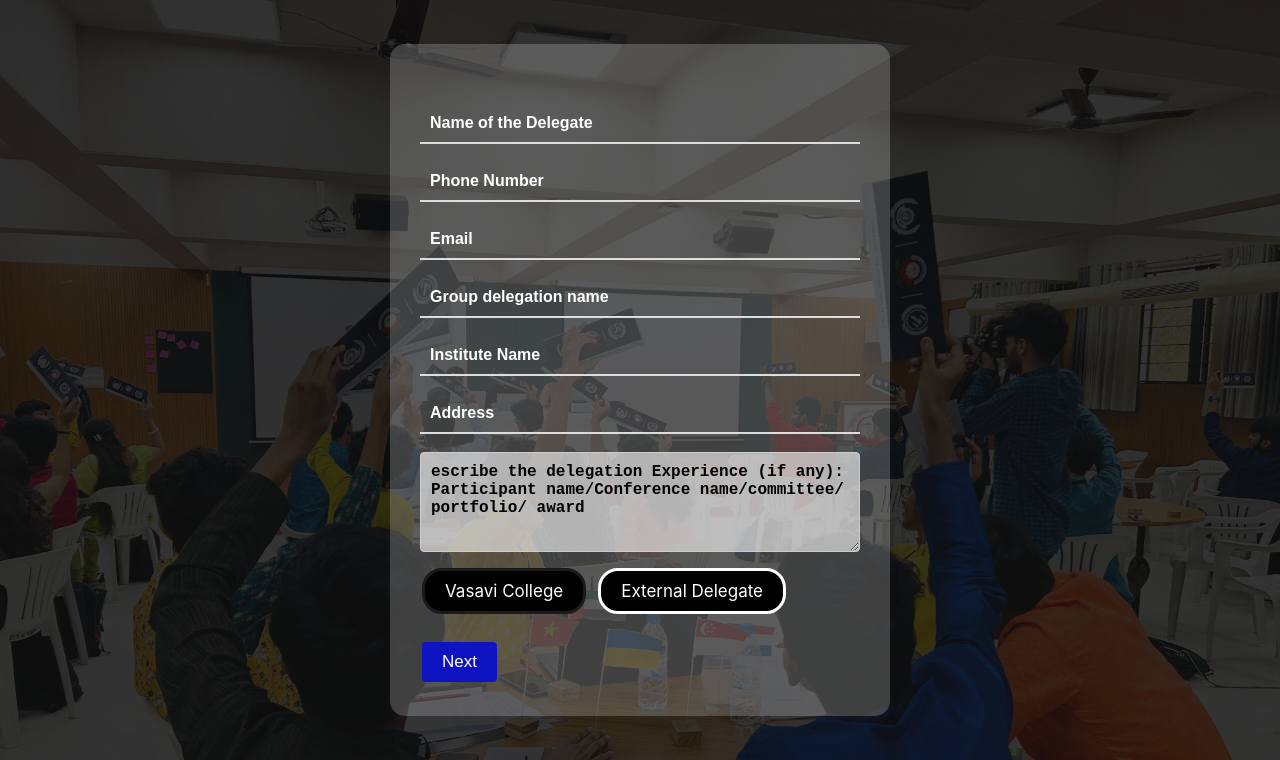
Repository: viveak910/VasaviMUN-Group
Page: /
The author's editor kept a copy of each file at every save. The page is drawn from the files as they stood at one save, then again after the next save.
The browser window is 1280 px wide. The pictures show the whole page.
The project was rebuilt for these pictures with package versions that can differ from the ones it lists, and the page was loaded fresh each time. Also part of the build but not shown: src/forms/PreferencesStep.js, src/forms/PaymentStep.js.

Above is the page before, as saved 2025-09-03 20:28:22.

### src/App.js
import React from "react";
import "./App.css";
import CustomVerticalStepper from "./forms/CustomVerticalStepper";

function App() {
  return (
    <div className="App">
      {/* <h1 id="head">Registration</h1> */}
      <CustomVerticalStepper></CustomVerticalStepper>
    </div>
  );
}

export default App;

### src/App.css
.App {
  background-color: black;
}
#head {
  text-align: center;
  position: relative;
  margin-top: 0px;
  color: white;
}

#head::before {
  content: "";
  position: absolute;
  top: -10px;
  left: 0;
  width: 100%;
  height: 5px;
  background-color: black;
}

### src/forms/CustomVerticalStepper.js
import React, { useState } from "react";

import PersonalDetailsStep from "./PersonalDetailsStep";
import PreferencesStep from "./PreferencesStep";
import PaymentStep from "./PaymentStep";
import "./step.css";
import "./form.css";

export default function CustomVerticalStepper() {
  const [activeStep, setActiveStep] = useState(0);
  const [loading, setLoading] = useState(false);
  const [name, setName] = useState("");
  const [phone, setPhone] = useState("");
  const [email, setEmail] = useState("");
  const [address, setAddress] = useState("");
  const [isVasavi, setIsVasavi] = useState(false);
  const [rollNumber, setRollNumber] = useState("");
  const [year, setYear] = useState("");
  const [branch, setBranch] = useState("");
  const [section, setSection] = useState("");
  const [transactionId, setTransactionId] = useState("");
  const [driveLink, setDriveLink] = useState("");
  const [instituteName, setInstituteName] = useState("");
  const [munExperienceDetails, setMunExperienceDetails] = useState("");
  const [participantsCount, setParticipantsCount] = useState(8);
  const [amount, setAmount] = useState("");
  const [teamName, setTeamName] = useState("");
  const [participants, setParticipants] = useState(
    Array.from({ length: participantsCount }, () => ({
      name: "",
      phone: "",
      email: "",
      preference: "",
      portfolio1: "",
      portfolio2: "",
      ipRole: "",
    }))
  );
  const [utr, setUtr] = useState("");

  const validatePreferences = () => {
    const errors = [];
    const selectedCommittees = new Set();

    participants.forEach((participant, index) => {
      if (!participant.name.trim()) {
        errors.push(`Participant ${index + 1}: Name is required.`);
      }

      if (!participant.preference) {
        errors.push(`Participant ${index + 1}: Preference is required.`);
      } else {
        selectedCommittees.add(participant.preference);

        if (participant.preference !== "IP") {
          if (
            !participant.portfolio1.trim() ||
            !participant.portfolio2.trim()
          ) {
            errors.push(
              `Participant ${
                index + 1
              }: Both portfolio 1 and 2 are required for preference ${
                participant.preference
              }.`
            );
          } else if (
            participant.portfolio1.trim().toLowerCase() ===
            participant.portfolio2.trim().toLowerCase()
          ) {
            errors.push(
              `Participant ${
                index + 1
              }: Portfolio 1 and Portfolio 2 must be different for preference ${
                participant.preference
              }.`
            );
          }
        }

        if (participant.preference === "IP" && !participant.ipRole) {
          errors.push(`Participant ${index + 1}: Please select a role for IP.`);
        }
      }
    });

    const committees = ["DISEC", "AIPPM", "UNCSW","WHO", "IP"];
    committees.forEach((committee) => {
      if (!selectedCommittees.has(committee)) {
        errors.push(
          `At least one participant must select the preference "${committee}".`
        );
      }
    });

    if (errors.length > 0) {
      alert(errors.join("\n"));
      return false;
    }

    return true;
  };

  const steps = [
    {
      component: (
        <PersonalDetailsStep
          name={name}
          setName={setName}
          phone={phone}
          setPhone={setPhone}
          email={email}
          setEmail={setEmail}
          address={address}
          setAddress={setAddress}
          isVasavi={isVasavi}
          setIsVasavi={setIsVasavi}
          rollNumber={rollNumber}
          setRollNumber={setRollNumber}
          year={year}
          setYear={setYear}
          branch={branch}
          setBranch={setBranch}
          section={section}
          setSection={setSection}
          instituteName={instituteName}
          setInstituteName={setInstituteName}
          munExperienceDetails={munExperienceDetails}
          setMunExperienceDetails={setMunExperienceDetails}
          teamName={teamName}
          setTeamName={setTeamName}
        />
      ),
    },
    {
      component: (
        <PreferencesStep
          participantsCount={participantsCount}
          setParticipantsCount={setParticipantsCount}
          participants={participants}
          setParticipants={setParticipants}
        />
      ),
    },
    {
      component: (
        <PaymentStep
          isVasavi={isVasavi}
          transactionId={transactionId}
          setTransactionId={setTransactionId}
          driveLink={driveLink}
          setDriveLink={setDriveLink}
          participantsCount={participantsCount}
          amount={amount}
          setAmount={setAmount}
          utr={utr}
          setUtr={setUtr}
        />
      ),
    },
  ];

  const validateStep = () => {
    if (activeStep === 0) {
      const phoneRegex = /^[0-9]{10}$/;

      const emailRegex = /^[^\s@]+@[^\s@]+\.[^\s@]+$/;

      const rollNumberRegex =
        /^[0-9]{4}-[0-9A-Za-z]{2}-[0-9A-Za-z]{3}-[0-9A-Za-z]{3}$/;

      if (!name) {
        alert("Please fill in your name.");
        return false;
      }

      if (!phone) {
        alert("Please fill in your phone number.");
        return false;
      }
      if (!teamName) {
        alert("Please enter Group delegation name");
        return false;
      }

      if (!phoneRegex.test(phone)) {
        alert("Phone number must be exactly 10 digits.");
        return false;
      }

      if (!email) {
        alert("Please fill in your email.");
        return false;
      }
      if (!instituteName) {
        alert("Enter your institute name");
        return false;
      }

      if (!emailRegex.test(email)) {
        alert("Please enter a valid email address.");
        return false;
      }

      if (!address) {
        alert("Please fill in your address.");
        return false;
      }
      if (!instituteName) {
      }

      if (isVasavi) {
        if (!rollNumber) {
          alert("Please fill in your roll number.");
          return false;
        }

        if (!rollNumberRegex.test(rollNumber)) {
          alert("Roll number must be in the format 1602-2X-XXX-XXX.");
          return false;
        }

        if (!year) {
          alert("Please select your year.");
          return false;
        }
        if (!munExperienceDetails) {
          alert("Fill in MUN Experience");
          return false;
        }
        if (!branch) {
          alert("Please select your branch.");
          return false;
        }

        if (!section) {
          alert("Please select your section.");
          return false;
        }
      }

      return true;
    } else if (activeStep === 1) {
      const preferencesValid = validatePreferences();
      if (!preferencesValid) return false;
    } else if (activeStep === 2) {
      if (!transactionId) {
        alert("Transaction ID is required.");
        return false;
      }
      if (!driveLink) {
        alert("Drive link is required.");
        return false;
      }

      const driveUrlPattern =
        /https:\/\/drive\.google\.com\/(?:file\/d\/|drive\/folders\/)([-\w]+)/;



    }

    return true;
  };

  const handleNext = () => {
    if (validateStep()) {
      setActiveStep((prevStep) => prevStep + 1);
      window.scrollTo({
        top: 0,
        behavior: "smooth",
      });
    }
  };

  const handleBack = () => {
    if (activeStep > 0) {
      setActiveStep((prevStep) => prevStep - 1);
      window.scrollTo({
        top: 0,
        behavior: "smooth",
      });
    }
  };

  const handleSubmit = () => {
    if (validateStep()) {
      setLoading(true);

      const formData = {
        name,
        phone,
        email,
        teamName,
        address,
        instituteName,
        munExperienceDetails,
        rollNumber,
        year,
        branch,
        section,
        participants,
        amount,
        transactionId,
        driveLink,
        utr,
      };

      console.log("Submitting form data:", formData);

      fetch("https://mun-dat.onrender.com/groupregister", {
        method: "POST",
        headers: {
          "Content-Type": "application/json",
        },
        body: JSON.stringify(formData),
      })
        .then((response) => response.json())
        .then((data) => {
          console.log("Success:", data);
          alert("Form submitted successfully!");
          resetForm();
          setLoading(false);
        })
        .catch((error) => {
          console.error("Error:", error);
          alert("Failed to submit the form. Please try again.");
          setLoading(false);
        });
    }
  };

  const resetForm = () => {
    setName("");
    setPhone("");
    setEmail("");
    setMunExperienceDetails("");
    setTeamName("");
    setInstituteName("");
    setAddress("");
    setIsVasavi(false);
    setRollNumber("");
    setYear("");
    setBranch("");
    setSection("");
    setTransactionId("");
    setDriveLink("");
    setActiveStep(0);
    setParticipantsCount(8);
    setAmount("");
    setParticipants(
      Array.from({ length: participantsCount }, () => ({
        name: "",
        preference: "",
        portfolio1: "",
        portfolio2: "",
        ipRole: "",
      }))
    );
  };

  return (
    <div className="stepper-wrapper">
      {loading ? (
        <>
          <div className="loader-container">
            <div className="pulsing-circle"></div>
            <p>Submitting Response</p>
          </div>
        </>
      ) : (
        <div className="stepper-container">
          <div className="stepper-header">
            <div className="step-header">{steps[activeStep].label}</div>
          </div>
          <div className="stepper-content">{steps[activeStep].component}</div>
          <div className="step-actions">
            {activeStep > 0 && (
              <button className="btn" onClick={handleBack}>
                Back
              </button>
            )}
            {activeStep < steps.length - 1 ? (
              <button className="btn" onClick={handleNext}>
                Next
              </button>
            ) : (
              <button className="btn" onClick={handleSubmit}>
                Submit
              </button>
            )}
          </div>
        </div>
      )}
    </div>
  );
}

### src/forms/PersonalDetailsStep.js
import React from "react";
import "./form.css";

export default function PersonalDetailsStep({
  name,
  setName,
  phone,
  setPhone,
  email,
  setEmail,
  address,
  setAddress,
  isVasavi,
  setIsVasavi,
  rollNumber,
  setRollNumber,
  year,
  setYear,
  branch,
  setBranch,
  section,
  setSection,
  munExperienceDetails,
  setMunExperienceDetails,
  instituteName,
  setInstituteName,
  teamName,
  setTeamName,
}) {
  return (
    <div>
      <input
        type="text"
        placeholder="Name of the Delegate"
        value={name}
        onChange={(e) => setName(e.target.value)}
        required
      />
      <input
        type="tel"
        placeholder="Phone Number"
        value={phone}
        onChange={(e) => setPhone(e.target.value)}
        required
      />
      <input
        type="email"
        placeholder="Email"
        value={email}
        onChange={(e) => setEmail(e.target.value)}
        required
      />
      <input
        type="text"
        placeholder="Group delegation name"
        value={teamName}
        onChange={(e) => setTeamName(e.target.value)}
        required
      />
      {!isVasavi && (
        <input
          type="text"
          placeholder="Institute Name"
          value={instituteName}
          onChange={(e) => setInstituteName(e.target.value)}
          required
        />
      )}
      <input
        type="text"
        placeholder="Address"
        value={address}
        onChange={(e) => setAddress(e.target.value)}
        required
      />

      <textarea
        className="mun-experience"
        placeholder="escribe the delegation Experience (if any): Participant name/Conference name/committee/ portfolio/ award"
        value={munExperienceDetails}
        onChange={(e) => setMunExperienceDetails(e.target.value)}
      />

      <div className="radio-container">
        <input
          id="vasavi"
          className="toggle"
          name="toggle"
          type="radio"
          value="vasavi"
          checked={isVasavi}
          onChange={() => {
            setIsVasavi(true);
            setInstituteName("Vasavi College of Engineering");
          }}
        />
        <label htmlFor="vasavi" className={`btn ${isVasavi ? "selected" : ""}`}>
          Vasavi College
        </label>
        <input
          id="external"
          className="toggle"
          name="toggle"
          type="radio"
          value="external"
          checked={!isVasavi}
          onChange={() => {
            setIsVasavi(false);
            setInstituteName("");
          }}
        />
        <label
          htmlFor="external"
          className={`btn ${!isVasavi ? "selected" : ""}`}
        >
          External Delegate
        </label>
      </div>

      {isVasavi && (
        <>
          <input
            type="text"
            placeholder="Roll Number"
            value={rollNumber}
            onChange={(e) => setRollNumber(e.target.value)}
            required
          />
          <select
            value={year}
            onChange={(e) => setYear(e.target.value)}
            required
          >
            <option value="">Select Year</option>
            <option value="1">1st Year</option>
            <option value="2">2nd Year</option>
            <option value="3">3rd Year</option>
            <option value="4">4th Year</option>
          </select>
          <select
            value={branch}
            onChange={(e) => setBranch(e.target.value)}
            required
          >
            <option value="">Select Branch</option>
            <option value="CSE">CSE</option>
            <option value="CSM">CSM</option>
            <option value="CIVIL">CIVIL</option>
            <option value="ECE">ECE</option>
            <option value="EEE">EEE</option>
            <option value="MECHANICAL">MECHANICAL</option>
            <option value="IT">IT</option>
          </select>
          <input
            type="text"
            placeholder="Section"
            value={section}
            onChange={(e) => setSection(e.target.value)}
            required
          />
        </>
      )}
    </div>
  );
}

### src/forms/step.css
.stepper-wrapper {
  display: flex;
  justify-content: center;
  align-items: center;
  min-height: 100vh;
  background-color: #000000;
  padding: 20px;
  background-image: linear-gradient(
      rgba(12, 12, 12, 0.841),
      rgba(16, 16, 16, 0.834)
    ),
    url("reg_back.webp");
  background-size: cover;
  background-repeat: no-repeat;
  margin: 0;
}
.stepper-container {
  background: #e1e1e13c;
  border-radius: 15px;
  box-shadow: 0 4px 8px rgba(83, 83, 83, 0.088);
  width: 100%;
  max-width: 500px;
  padding: 30px;

  box-sizing: border-box;
}

.stepper-header {
  margin-bottom: 20px;
}

.step-header {
  margin-bottom: 20px;
  font-size: 22px;
  font-weight: bold;
  color: #333;
}

.stepper-content {
  display: flex;
  flex-direction: column;
}

.step-actions {
  display: flex;
  justify-content: space-between;
  margin-top: 20px;
}
h4,
h3,
h2 {
  font-weight: 700;
  color: white;
  padding: 0;
}
h4 {
  margin-bottom: 0;
}

.btn {
  background-color: #0e14c1;
  border: none;
  color: #ffffff;
  font-weight: 400;
  font-size: 17px;
  padding: 10px 20px;
  text-align: center;
  text-decoration: none;
  display: inline-block;
  margin: 4px 2px;
  margin-right: 0;
  cursor: pointer;
  border-radius: 4px;
  transition: background-color 0.3s;
}

.btn:hover {
  background-color: #1d1d1d;
}
.reset-container {
  text-align: center;
}

.loader-container {
  display: flex;
  flex-direction: column;
  justify-content: center;
  align-items: center;
  height: 100vh;
}

.loader-container p {
  font-size: 24px;
  font-weight: bold;
  color: white;
  margin-top: 20px;
}

.pulsing-circle {
  width: 100px;
  height: 100px;
  background-color: #ffffff;
  border-radius: 50%;
  animation: pulse 2s infinite;
}

@keyframes pulse {
  0%,
  100% {
    transform: scale(1);
    opacity: 1;
  }
  50% {
    transform: scale(1.5);
    opacity: 0.5;
  }
}
@media (max-width: 768px) {
  .stepper-wrapper {
    background-image: linear-gradient(
        rgba(12, 12, 12, 0.758),
        rgba(16, 16, 16, 0.77)
      ),
      url("regback.webp");
    background-size: cover;
    background-position: center;
    background-repeat: no-repeat;
  }
  .stepper-container {
    padding: 20px;
    max-width: 90%;
  }

  .btn {
    font-size: 14px;
    padding: 8px 16px;
  }
}

### src/forms/form.css
input,
select,
textarea {
  width: 100%;
  padding: 10px;
  margin: 8px 0;
  margin-top: 10px;
  border: none;
  border-bottom: 2px solid #ddd;
  border-radius: 0;
  box-sizing: border-box;
  background: none;
  color: #fff;
  font-size: 16px;
  outline: none;
}

select::-ms-expand {
  display: none;
}

select::-webkit-inner-spin-button,
select::-webkit-outer-spin-button {
  -webkit-appearance: none;
  margin: 0;
}

select::-webkit-dropdown-button {
  -webkit-appearance: none;
}

select option {
  background: #fff;
  color: #000;
  padding: 10px;
  font-size: 16px;
}

input::placeholder {
  color: #fff;
  font-weight: 900;
  font-size: 16px;
}

textarea::placeholder {
  color: #000000;
  font-weight: 900;
  font-size: 16px;
}

select {
  color: #fff;
  font-weight: 700;
  font-size: 16px;
}

input:focus,
select:focus,
textarea:focus {
  outline: none;
  border-bottom: 3px solid;
}

textarea {
  height: 100px;
  resize: vertical;
}

.toggle-container {
  display: flex;
  flex-direction: column;
  margin-bottom: 20px;
}

.toggle-container label {
  display: flex;
  align-items: center;
  margin-bottom: 10px;
}

.toggle-container .toggle-label {
  margin-left: 10px;
  color: white;
}

.radio-container input[type="radio"].toggle {
  display: none;
}

.radio-container .btn {
  border: 3px solid #1a1a1a;
  display: inline-block;
  padding: 10px 20px;
  position: relative;
  text-align: center;
  cursor: pointer;
  border-radius: 20px;
  transition: 300ms ease, color 300ms ease;
  margin-right: 10px;
  background: #000000;
}

.radio-container .btn.selected {
  background: #000000;
  color: rgb(255, 255, 255);
  border-color: white;
}

.radio-container input[type="radio"].toggle:checked + label {
  color: #fff;
}

.radio-container input[type="radio"].toggle:checked + label:after {
  background: #1a1a1a;
  left: 0;
}

.mun-experience {
  background: rgba(255, 255, 255, 0.6);
  color: black;
  padding: 10px;
  border-radius: 4px;
  border: 1px solid #ccc;
  font-size: 16px;
  box-sizing: border-box;
  resize: vertical;
}

.country-preferences {
  display: flex;
  gap: 10px;
}

.country-preferences input {
  flex: 1;
}

.hd .btn {
  display: inline-block;
  padding-top: 0px;
  padding-bottom: 0;
  padding-right: 60px;
  margin-left: 0;
  text-align: center;
  cursor: pointer;
  border-radius: 10px;
  transition: 300ms ease, color 300ms ease;
  margin-right: 10px;
  background: #000000;
}
.ip-role {
  width: 50%;
}

Loaded but not shown: public/index.html (common file); src/index.js (common file); src/index.css (common file); src/reportWebVitals.js (common file)

After the next save:
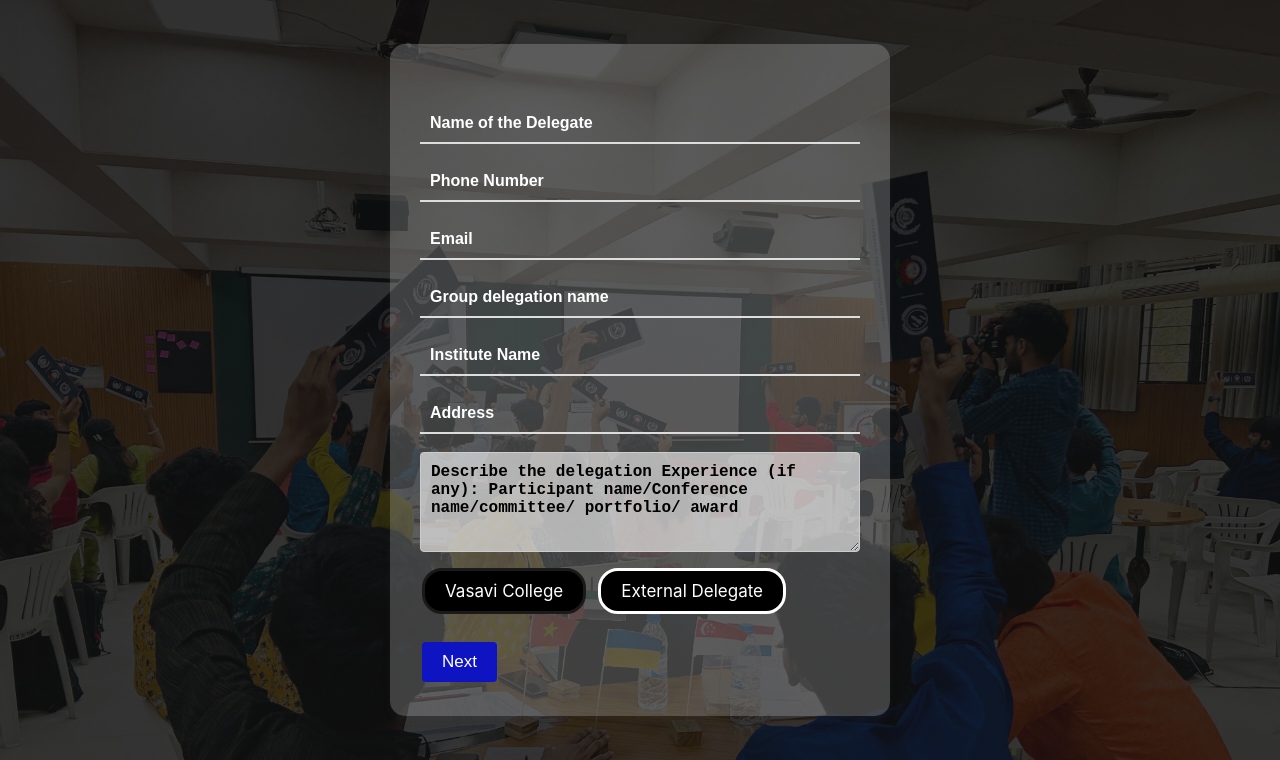
Saved 17 s later.
--- a/src/forms/PersonalDetailsStep.js
+++ b/src/forms/PersonalDetailsStep.js
@@ -76,7 +76,7 @@ export default function PersonalDetailsStep({
 
       <textarea
         className="mun-experience"
-        placeholder="escribe the delegation Experience (if any): Participant name/Conference name/committee/ portfolio/ award"
+        placeholder="Describe the delegation Experience (if any): Participant name/Conference name/committee/ portfolio/ award"
         value={munExperienceDetails}
         onChange={(e) => setMunExperienceDetails(e.target.value)}
       />
